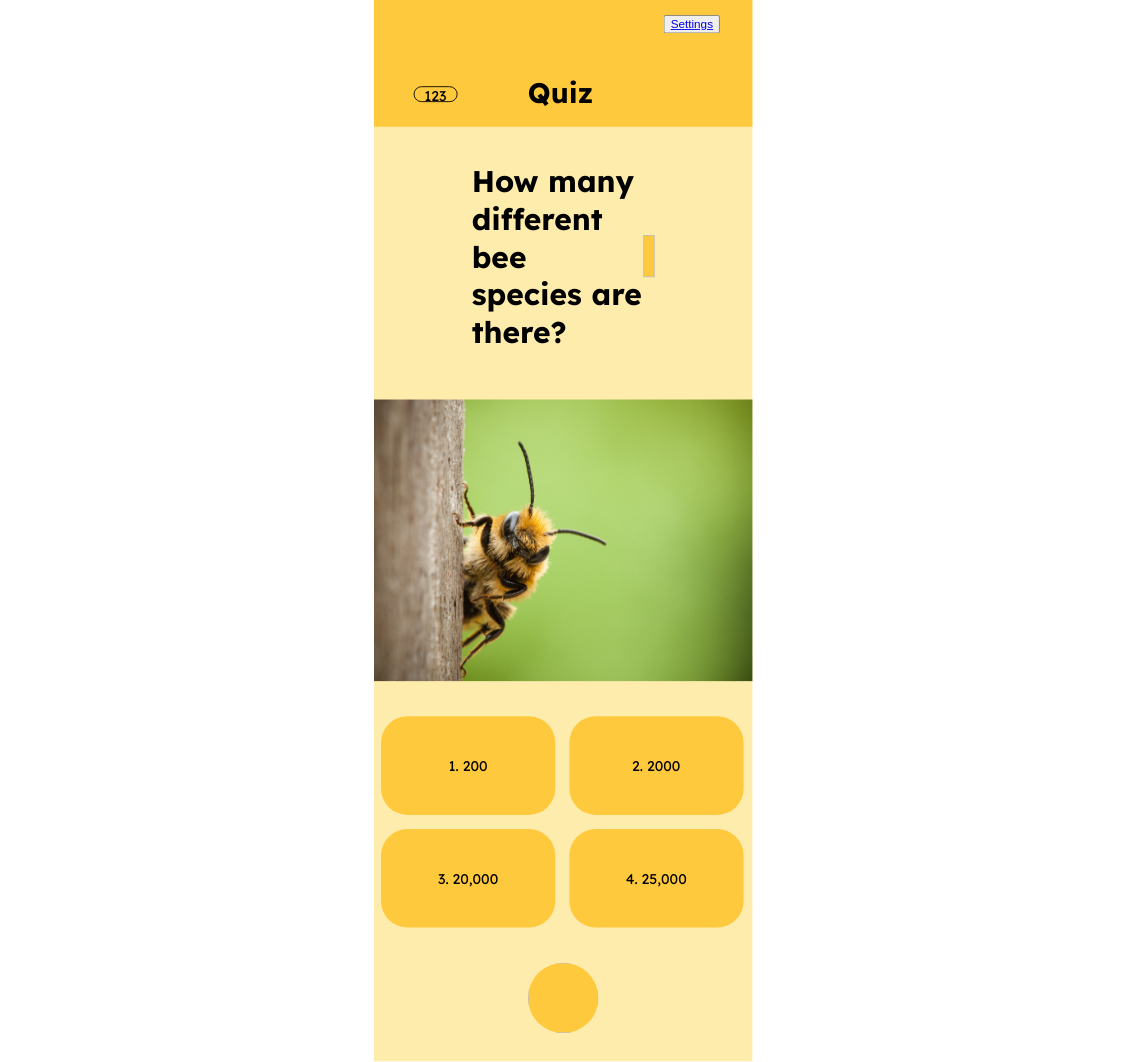
Repository: kellyzyhuang/HiveFive
Page: /Quiz
An editor plug-in stored every save of this project. The page is shown before and after the next save, followed by the edit.
The browser window is 1280 px wide. The pictures show the whole page, at 88% of full size.
Some web fonts or font styles are not loaded; a fallback is used. The project was rebuilt for these pictures with package versions that can differ from the ones it lists, and the page was loaded fresh each time. The framework's server and built-in components were replaced by stand-ins that run in the browser. Also part of the build but not shown: next.config.js, components/QuizResults/QuizResults.module.css, components/QuizResults/index.js, components/QuizPopup/QuizPopup.module.css, components/QuizPopup/index.js.

Above is the page before, as saved 2024-04-07 15:45:56.

### pages/Quiz.js
import { useState } from "react";
import { quiz } from '../data/inventory.js';
import Header from "@/components/Header/index.js";
import styles from "@/styles/Quiz.module.css";
import QuizResults from "@/components/QuizResults";
import QuizPopup from "@/components/QuizPopup";

export default function Quiz() {
  const [currentQuestionNumber, setCurrentQuestionNumber] = useState(0);
  const [points, setPoints] = useState(0);
  const [popup, setPopup] = useState(false);
  const [isCorrectAnswer, setIsCorrectAnswer] = useState(false);
  const [correctAnswersTotal, setCorrectAnswersTotal] = useState(0);
  const [quizComplete, setQuizComplete] = useState(false);
  const currentQuestion = quiz.questions[currentQuestionNumber];

  const displayAnswer = (option) => {
    const isCorrect = option == currentQuestion.answer;
    setIsCorrectAnswer(isCorrect);
    setPopup(true);

    if (isCorrect) {
      setPoints(points + 5);
      setCorrectAnswersTotal(correctAnswersTotal + 1);
    }
  };

  const nextQuestion = () => {
    setPopup(false);
    const nextQuestionIndex = currentQuestionNumber + 1;

    if (nextQuestionIndex < quiz.questions.length) {
      setCurrentQuestionNumber(nextQuestionIndex);
    } else {
      setQuizComplete(true);
    }
  };

  const restartQuiz = () => {
    setCurrentQuestionNumber(0);
    setCorrectAnswersTotal(0);
    setQuizComplete(false);
  };

  if (quizComplete) {
    return <QuizResults
             correctAnswersTotal={correctAnswersTotal}
             questionCount={quiz.questions.length}
             onRestart={restartQuiz}
            />;
  };

  return (
    <>
      <div className={styles.screen}>
        <Header title="Quiz"/>
        <div className={styles.buffer}></div>
        <div className={styles.questionHead}>
          <h1 className={styles.question}>{currentQuestion.question}</h1>
          <img className={styles.speaker}/>
        </div>
        <img className={styles.gameBanner} src={"/images/peekaboo_bee.jpeg"} width={1} height={1}/>
        <div className={styles.optionContainer}>
          {currentQuestion.options.map((option, index) => (
            <div key={index} className={styles.option} onClick={() => displayAnswer(option)}>
              <p>{index + 1}. {option}</p>
            </div>
          ))}
        </div>
        {popup && (
          <QuizPopup
            isCorrect={isCorrectAnswer}
            answer={currentQuestion.answer}
            onNextQuestion={nextQuestion}
          />
        )}
        <img className={styles.microphone}></img>
      </div>
    </>
  );
}

### styles/globals.css
:root {
  --secondary-color: #FEECAC;
  --accent-color: #FFC93D;
  --tertiary-color: #4D6A58;
  --black-text: #0000;
}

### data/inventory.js
export const quiz = {
  questions: [
    {
      id: 1,
      question: "How many different bee species are there?",
      options: ["200", "2000", "20,000", "25,000"],
      answer: "25,000",
    },
    {
      id: 2,
      question: "How fast can a honeybee fly?",
      options: ["5km/h", "10km/h", "24km/h", "20km/h"],
      answer: "24km/h",
    },
    {
      id: 3,
      question: "On average, how much honey does a honey bee worker produce in her lifetime?",
      options: ["1 cup", "1/12 tablespoon", "1 teaspoon", "1/12 teaspoon"],
      answer: "1/12 teaspoon",
    },
    {
      id: 4,
      question: "How many flower visits does it take to make one pound of honey?",
      options: ["200", "4000", "2,000,000", "200,000"],
      answer: "2,000,000",
    },
    {
      id: 5,
      question: "How many hours do honeybees sleep a night?",
      options: ["0", "3", "8", "12"],
      answer: "0",
    }
  ]
}

### components/Header/index.js
import styles from './Header.module.css';
import Image from 'next/image';
import Link from 'next/link';

export default function Header({ title }) {
  return(
    <header className={styles.header}>
      {/* <Image src="/images/bee.png" alt="bee icon" width={1} height={1}/>  */}
      <ul className={styles.list}>
        <li className={styles.listItem}>
          <div className={styles.counter}>123</div>
        </li>
        <li className={styles.listItem}>
          <h1 className={styles.pageTitle}>{title}</h1>
        </li>
        <li className={styles.listItem}>
          <button className={styles.settings}><Link href="/Settings">Settings</Link></button>
        </li>
      </ul>
    </header>
  )
}

### styles/Quiz.module.css
@import url('https://fonts.googleapis.com/css2?family=Besley:ital,wght@0,400..900;1,400..900&family=Lexend:wght@100..900&display=swap');

.screen {
    width: 430px;
    height: 100%;
    background-color: var(--secondary-color);
    margin: -7px auto;
    display: flex;
    flex-wrap: wrap;
    justify-content: center;
    font-family: 'Lexend', sans-serif;
  }

  .question{
    font-size: 2.125rem;
    text-align: left;
  }

  .buffer{
    height: 10rem;
    width: 100%;
  }

  .speaker {
    background-color: var(--accent-color);
    width: 3rem;
    height: 3rem;
  }

  .gameBanner {
    width: 100%;
    background-color: var(--accent-color);
    height: 20rem;
    margin: 2rem 0;
  }

  .questionHead {
    display: flex;
    width: 13rem;
    align-items: center;
    justify-content: space-between;
  }

  .option {
    width: 46%;
    height: 7rem;
    border-radius: 30px;
    margin: 0.5rem;
    background-color: var(--accent-color);
    display: flex;
    justify-content: center;
    align-items: center;
  }

  .optionContainer {
    display: flex;
    flex-wrap: wrap;
    width: 100%;
  }

  .microphone {
    background-color: var(--accent-color);
    height: 5rem;
    width: 5rem;
    margin: 2rem 0;
    border-radius: 50%;
  }

  .popup {
    position: fixed;
    top: 0;
    left: 0;
    width: 100%;
    height: 100%;
    background-color: rgba(0, 0, 0, 0.5);
    display: flex;
    justify-content: center;
    align-items: center;
    z-index: 10;
  }

  .popupContent {
    background: white;
    padding: 20px;
    border-radius: 10px;
    text-align: center;
  }

  .close {
    float: right;
    font-size: 28px;
  }

  .correct {
    color: green;
  }

  .incorrect {
    color: red;
  }

  .nextButton {
    padding: 10px;
    background-color: rgb(221, 166, 36);
    color: white;
    border: none;
    border-radius: 5px;
    cursor: pointer;
  }

### components/Header/Header.module.css
.header {
  background-color: var(--accent-color);
  height: 9rem;
  width: 430px;
  position: fixed;
  top: 0;
  z-index: 1000;
  display: flex;
  justify-content: center;
}

.list {
  list-style-type: none;
  display: flex;
}

.pageTitle {
  padding-top: 3rem;
  margin-right: 7rem;
}

.counter {
  border: 1px solid black;
  width: 3rem;
  height: 1rem;
  border-radius: 20px;
  background-color: none;
  display: flex;
  justify-content: center;
  margin-top: 5.1rem;
  margin-right: 5rem;
}

.settings {
  transform: translate(-2rem);
}

Loaded but not shown: pages/_app.js (common file); pages/_document.js (common file)

After the next save:
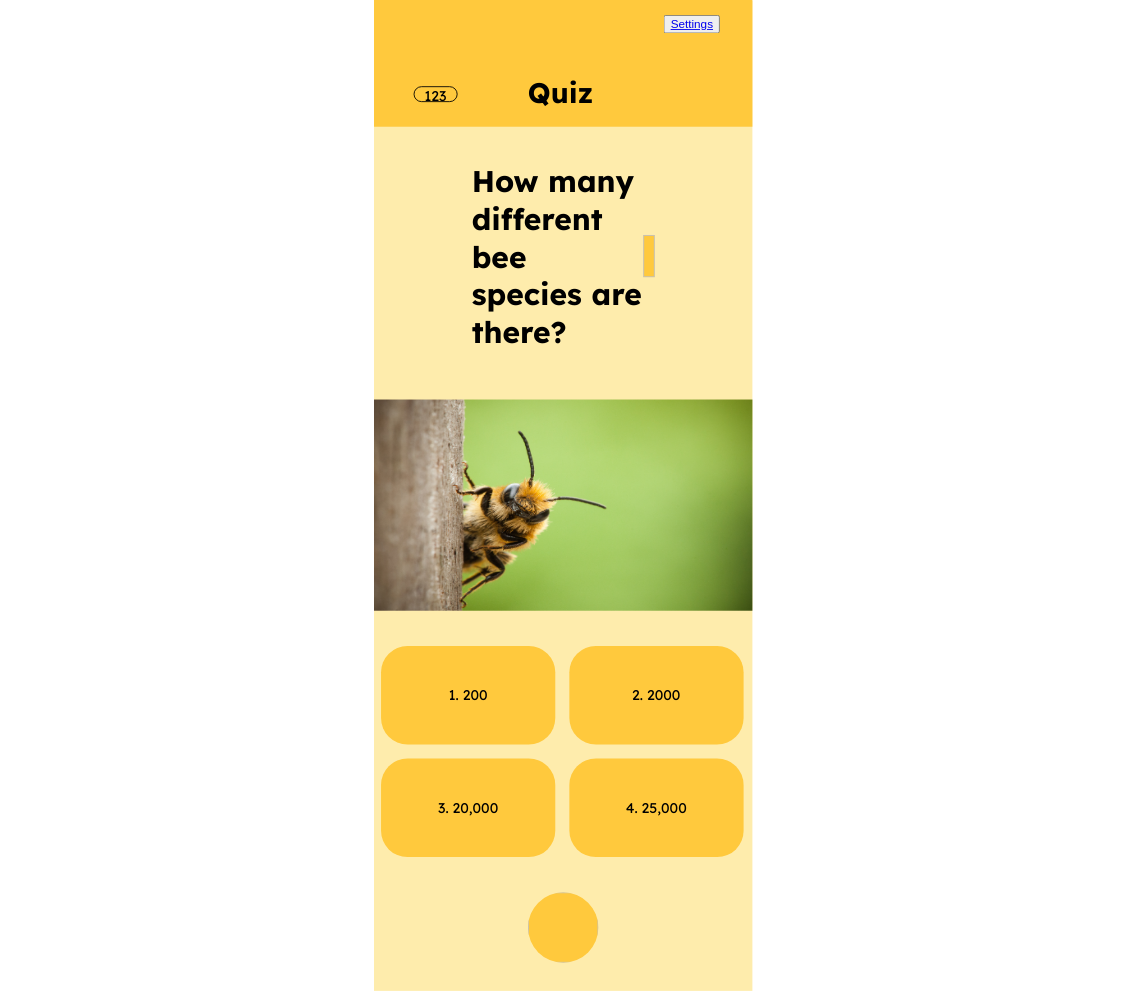
Saved 4 s later.
--- a/styles/Quiz.module.css
+++ b/styles/Quiz.module.css
@@ -30,7 +30,7 @@
   .gameBanner {
     width: 100%;
     background-color: var(--accent-color);
-    height: 20rem;
+    height: 15rem;
     margin: 2rem 0;
   }
 
